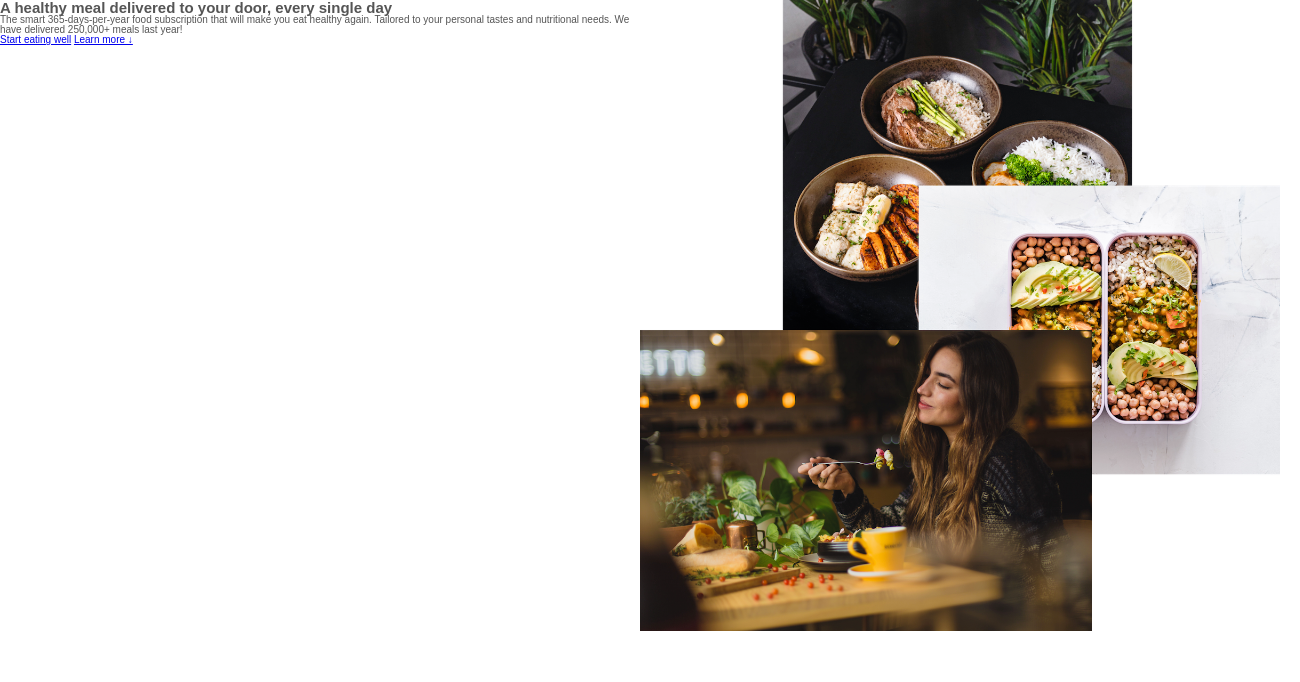
Repository: WefsCao/Omnifood
Page: index.html
An editor plug-in stored every save of this project. The page is shown before and after the next save, followed by the edit.
The browser window is 1280 px wide. The page is 1280 px wide, then 1300 px, so the pictures cover 1300 px, including what lies to the right of the window. The pictures show the whole page.

Above is the page before, as saved 2022-06-03 18:35:31.

### index.html
<!DOCTYPE html>
<html lang="en">
  <head>
    <meta charset="UTF-8" />
    <meta http-equiv="X-UA-Compatible" content="IE=edge" />
    <meta name="viewport" content="width=device-width, initial-scale=1.0" />
    <link rel="stylesheet" href="./css/style.css" />
    <title>Omnifood</title>
  </head>
  <body>
    <section class="section-hero">
      <div class="hero">
        <div class="hero-text-box">
          <h1 class="hero-heading">
            A healthy meal delivered to your door, every single day
          </h1>
          <p class="hero-description">
            The smart 365-days-per-year food subscription that will make you eat
            healthy again. Tailored to your personal tastes and nutritional
            needs. We have delivered 250,000+ meals last year!
          </p>
          <a href="#">Start eating well</a>
          <a href="#">Learn more &darr;</a>
        </div>
        <div class="hero-img-box">
          <img src="img/hero.png" alt="Hero of image" class="hero-img" />
        </div>
      </div>
    </section>
  </body>
</html>

### css/style.css
html {
  font-size: 62.5%;
}
* {
  margin: 0;
  padding: 0;
  box-sizing: border-box;
}
body {
  font-family: sans-serif;
  color: #555;
  font-weight: 400;
  line-height: 1;
}

/*SPACING SYSTEM (px)
      2 / 4 / 8 / 12 / 16 / 24 / 32 / 48 / 64 / 80 / 96 / 128

FONT SIZE SYSTEM (px)
      10 / 12 / 14 / 16 / 18 / 20 / 24 / 30 / 36 / 44 / 52 / 62 / 74 / 86 / 98
*/
.hero {
  display: grid;
  grid-template-columns: 1fr 1fr;
  max-width: 130rem;
}
.hero-img {
  width: 100%;
}

After the next save:
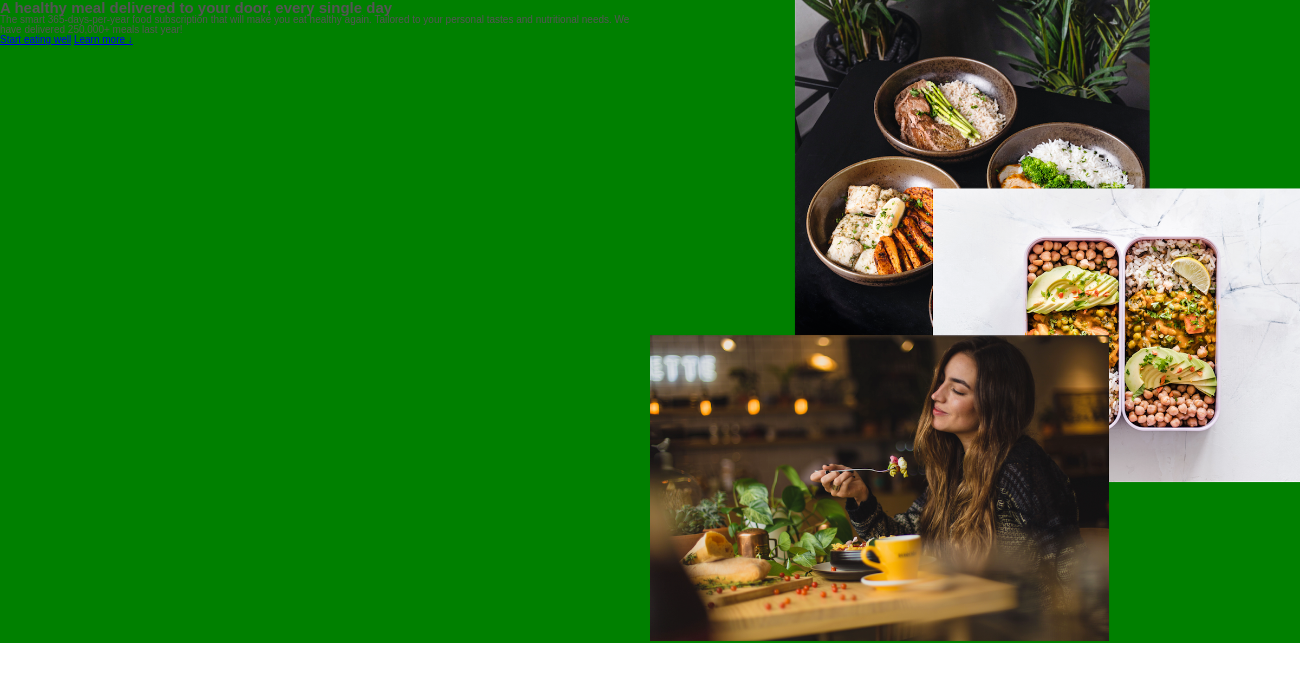
Saved 20 s later.
--- a/css/style.css
+++ b/css/style.css
@@ -22,7 +22,9 @@
 .hero {
   display: grid;
   grid-template-columns: 1fr 1fr;
-  max-width: 130rem;
+  /* max-width: 130rem; */
+  width: 1300px;
+  background-color: green;
 }
 .hero-img {
   width: 100%;
